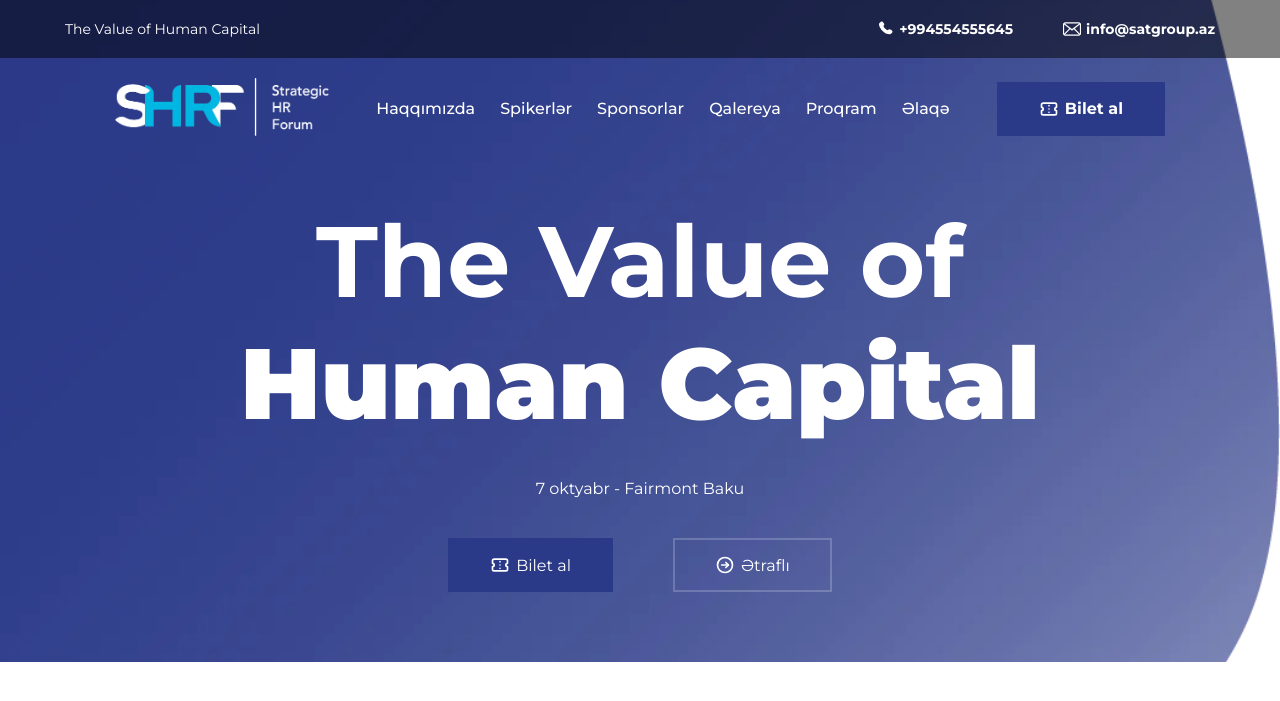
Repository: allahverdiyevabdulhasan/shrf
Page: /
An editor plug-in stored every save of this project. The page is shown before and after the next save, followed by the edit.
The browser window is 1280 px wide. The pictures show the whole page.
The project was rebuilt for these pictures with package versions that can differ from the ones it lists, and the page was loaded fresh each time. Also part of the build but not shown: vite.config.js, src/App.css.

Above is the page before, as saved 2024-08-16 10:53:46.

After the next save:
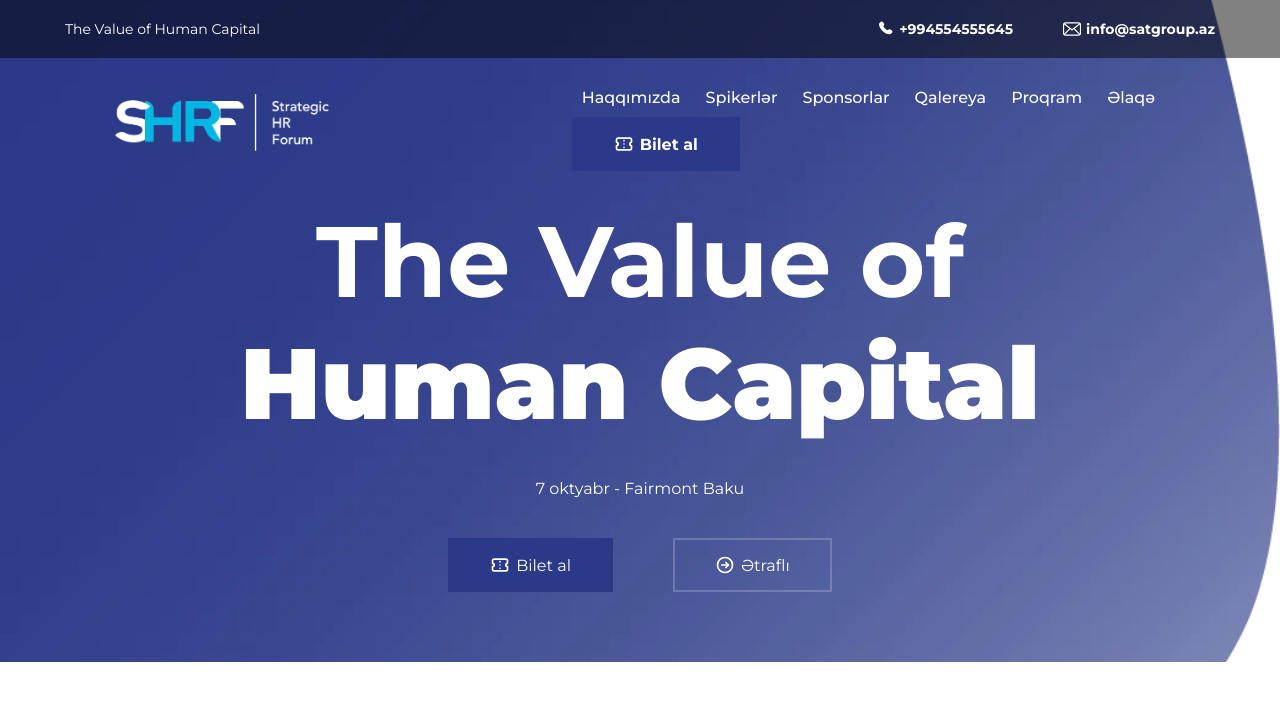
Saved 94 s later.
--- a/src/components/Header/index.jsx
+++ b/src/components/Header/index.jsx
@@ -33,7 +33,8 @@ export default function Header() {
                 <div className={s.logo}>
                     <a href="/"><img src="./public/assets/img/logo.webp" alt="Logo" /></a>
                 </div>
-                <nav>
+               <div className={s.menu}>
+               <nav>
                     <ul>
                         <li><a href="">Haqqımızda</a></li>
                         <li><a href="">Spikerlər</a></li>
@@ -47,6 +48,7 @@ export default function Header() {
                 <svg width={20} viewBox="0 0 24 24" fill="none" xmlns="http://www.w3.org/2000/svg"><g id="SVGRepo_bgCarrier" stroke-width="0"></g><g id="SVGRepo_tracerCarrier" stroke-linecap="round" stroke-linejoin="round"></g><g id="SVGRepo_iconCarrier"> <path d="M12 16H12.01M12 12H12.01M12 8H12.01M21 14V17C21 18.1046 20.1046 19 19 19H5C3.89543 19 3 18.1046 3 17V14C4.10457 14 5 13.1046 5 12C5 10.8954 4.10457 10 3 10V7C3 5.89543 3.89543 5 5 5H19C20.1046 5 21 5.89543 21 7V10C19.8954 10 19 10.8954 19 12C19 13.1046 19.8954 14 21 14Z" stroke="#ffffff" stroke-width="2" stroke-linecap="round" stroke-linejoin="round"></path> </g></svg>
                     Bilet al
                 </button>
+               </div>
             </div>
             </div>
 
